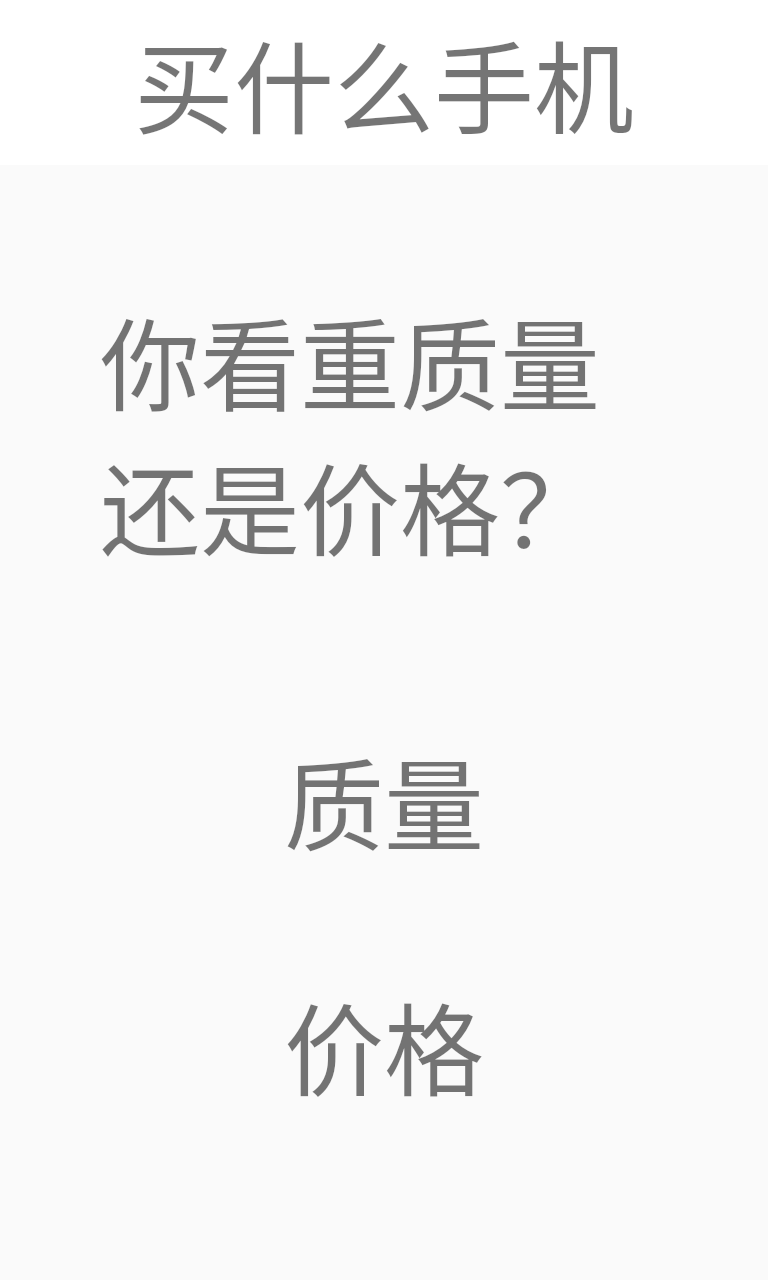
Repository: lxis/Sale
Layout: Sale/Sale/res/layout/fragment_main.xml
These files come from the project's save history. The layout is drawn as it stood at one moment and after the next save; the edit follows.
It is drawn on a 768 x 1280 px phone screen (xhdpi) without system bars, with theme AppTheme; the app's code is not run.

Above is the layout before, as saved 2014-12-05 15:00:06.

### Sale/Sale/res/layout/fragment_main.xml
<LinearLayout xmlns:android="http://schemas.android.com/apk/res/android"
    xmlns:tools="http://schemas.android.com/tools"
    android:layout_width="match_parent"
    android:layout_height="match_parent"
    tools:context="com.sage.sale.MainActivity$PlaceholderFragment"
    android:orientation="vertical"
    >
    	<LinearLayout
	    android:layout_width="match_parent"
	    android:layout_height="wrap_content"
	    android:background="#ffffff"
	    android:orientation="vertical"
	    >
	     <TextView
	        android:text="买什么手机"
	        android:layout_width="wrap_content"
	        android:layout_height="match_parent"
	        android:layout_gravity="center"
	        android:layout_margin="10px"
	        android:textSize="100px"
	        >
	    </TextView>

	</LinearLayout>

	<LinearLayout
	    android:layout_width="match_parent"
	    android:layout_height="0px"
	    android:layout_weight="1"
	    >
	</LinearLayout>
	<LinearLayout
	    android:layout_width="match_parent"
	    android:layout_height="wrap_content"
	    android:orientation="vertical"
	    >
	     <LinearLayout
	         android:layout_gravity="center"
	         android:layout_width="wrap_content"
	         android:layout_height="wrap_content"
	         android:orientation="vertical"
	         >

	    <TextView
        android:layout_width="wrap_content"
        android:layout_height="wrap_content"
	        android:textSize="100px"
	        android:layout_margin="100px"
	        android:layout_gravity="center"
        android:text="你看重质量还是价格？" />
    <TextView
        android:layout_width="wrap_content"
        android:layout_height="wrap_content"
	        android:textSize="100px"
	        android:layout_gravity="center"
	        android:layout_margin="50px"
        android:text="质量" />
        <TextView
        android:layout_width="wrap_content"
        android:layout_height="wrap_content"
	        android:textSize="100px"
	        android:layout_margin="50px"
	        android:layout_gravity="center"
        android:text="价格" />
	     </LinearLayout>
	</LinearLayout>
	<LinearLayout
	    android:layout_width="match_parent"
	    android:layout_height="0px"
	    android:layout_weight="5"
	    >
	</LinearLayout>





</LinearLayout>

Loaded but not shown: Sale/Sale/res/values/styles.xml (common file); Sale/Sale/res/values-v11/styles.xml (common file); Sale/Sale/res/values-v14/styles.xml (common file)

After the next save:
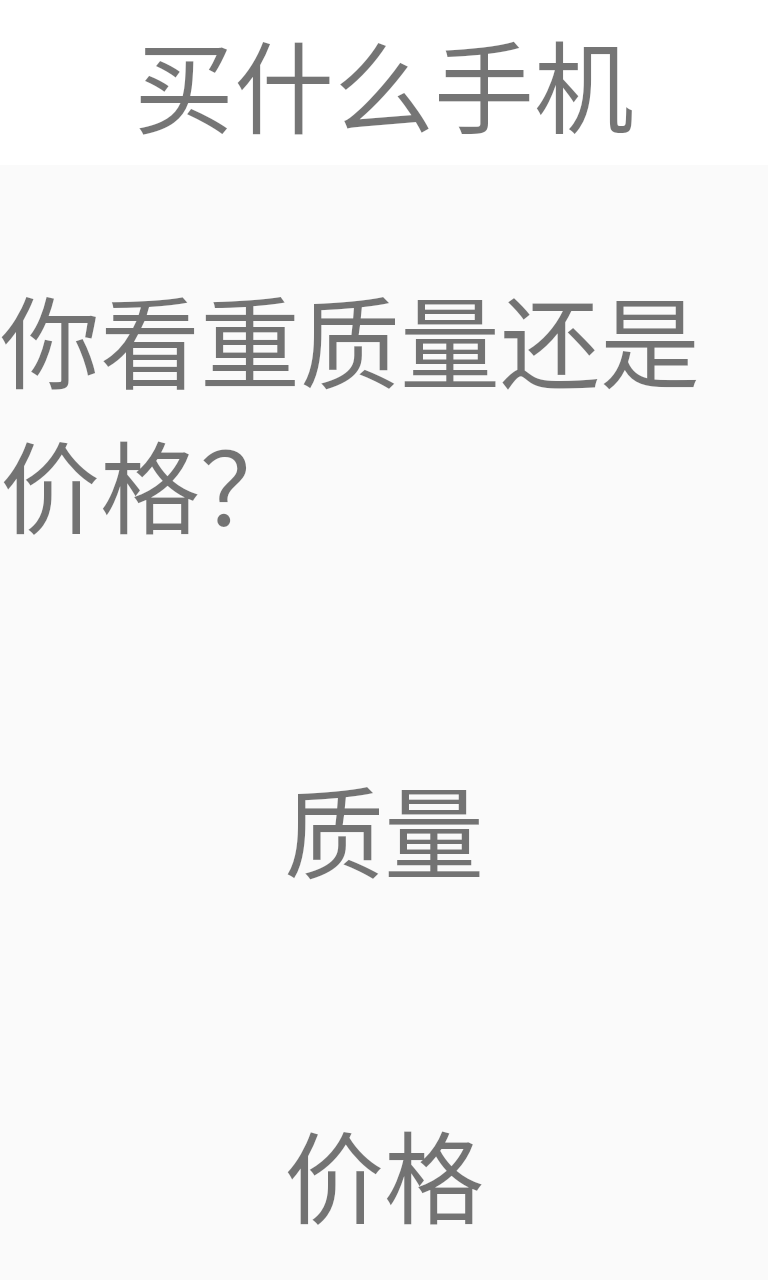
Saved 54 s later.
--- a/Sale/Sale/res/layout/fragment_main.xml
+++ b/Sale/Sale/res/layout/fragment_main.xml
@@ -45,7 +45,8 @@
         android:layout_width="wrap_content"
         android:layout_height="wrap_content"
 	        android:textSize="100px"
-	        android:layout_margin="100px"
+	        android:layout_marginTop="100px"
+	        android:layout_marginBottom="100px"
 	        android:layout_gravity="center"
         android:text="你看重质量还是价格？" />
     <TextView
@@ -53,13 +54,15 @@
         android:layout_height="wrap_content"
 	        android:textSize="100px"
 	        android:layout_gravity="center"
-	        android:layout_margin="50px"
+	        android:layout_marginTop="100px"
+	        android:layout_marginBottom="100px"
         android:text="质量" />
         <TextView
         android:layout_width="wrap_content"
         android:layout_height="wrap_content"
 	        android:textSize="100px"
-	        android:layout_margin="50px"
+	        android:layout_marginTop="100px"
+	        android:layout_marginBottom="100px"
 	        android:layout_gravity="center"
         android:text="价格" />
 	     </LinearLayout>
